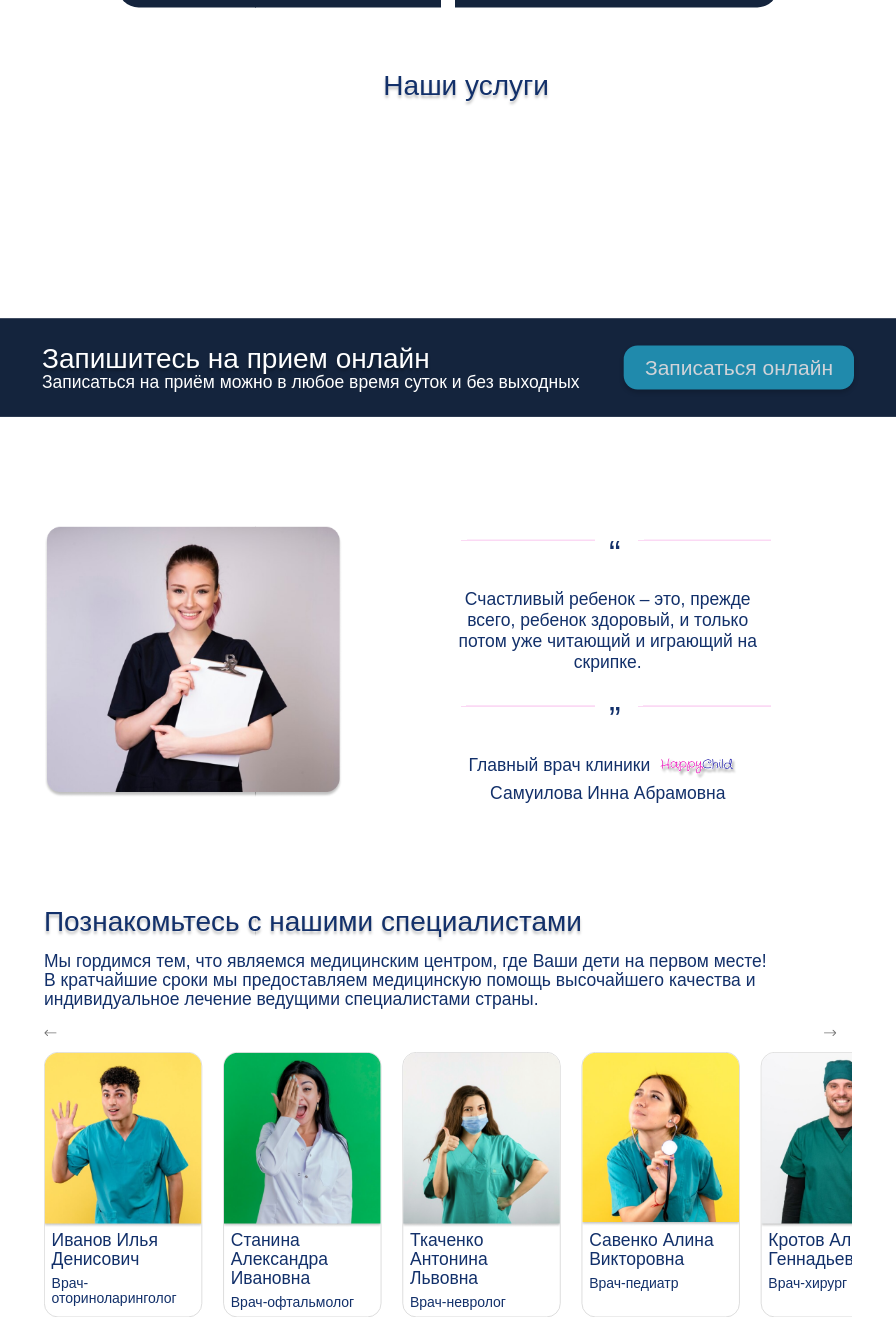
Repository: Normandy72/Landing-Page-Happy-Child
Page: index.html
These files come from the project's save history. The page is drawn as it stood at one moment and after the next save; the edit follows.
The browser window is 1280 px wide. The pictures show the part of the page from y = 1082 to 3002 px (the page is 6171 px tall before and 5967 px after), at 70% of full size.
The page's requests for data from a server got no answer. Some web fonts or font styles are not loaded; a fallback is used.

Above is the page before, as saved 2022-12-06 09:05:31.

After the next save:
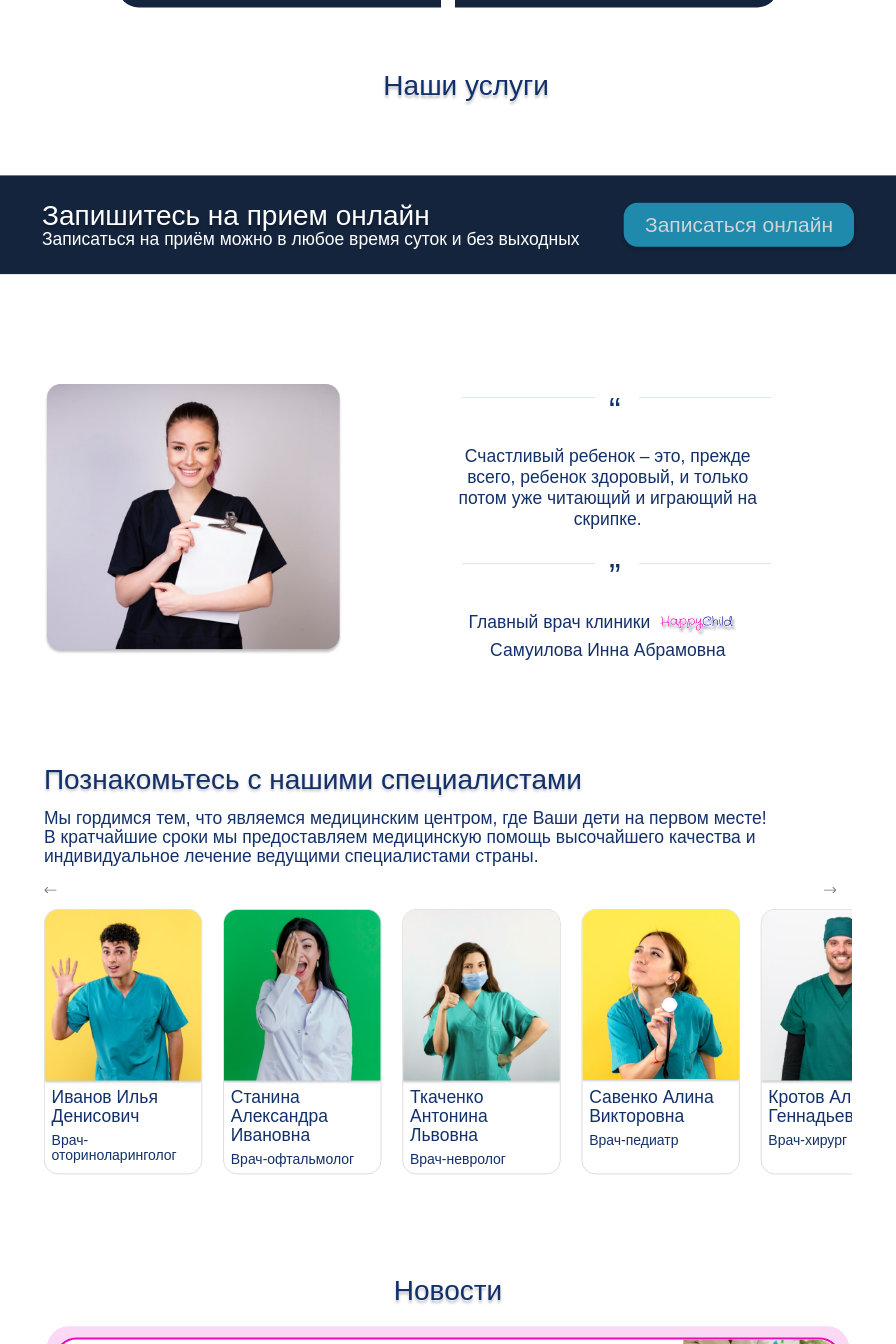
Saved 6 min 7 s later.
--- a/index.html
+++ b/index.html
@@ -81,56 +81,7 @@
                     </div> -->
                 </div>
 
-                <div class="services__cards layout-3-columns">
-                    <!-- <div class="services__card">
-                        <img src="resources/img/services/lor.png" alt="lor">
-                        <h4>Оториноларингология</h4>
-                    </div>
-
-                    <div class="services__card">
-                        <img src="resources/img/services/allergo.png" alt="allergo">
-                        <h4>Аллергология</h4>
-                    </div>
-
-                    <div class="services__card">
-                        <img src="resources/img/services/surgery.png" alt="surgery">
-                        <h4>Хирургия</h4>
-                    </div> -->
-                </div>
-
-                <div class="services__cards layout-3-columns">
-                    <!-- <div class="services__card">
-                        <img src="resources/img/services/neuro.png" alt="neuro">
-                        <h4>Неврология</h4>
-                    </div>
-
-                    <div class="services__card">
-                        <img src="resources/img/services/endocryn.png" alt="endocryn">
-                        <h4>Эндокринология</h4>
-                    </div>
-
-                    <div class="services__card">
-                        <img src="resources/img/services/ophtalm.png" alt="ophtalm">
-                        <h4>Офтальмология</h4>
-                    </div> -->
-                </div>
-
-                <div class="services__cards layout-3-columns">
-                    <!-- <div class="services__card">
-                        <img src="resources/img/services/vaccination.png" alt="vaccination">
-                        <h4>Вакцинация</h4>
-                    </div>
-
-                    <div class="services__card">
-                        <img src="resources/img/services/usd.png" alt="usd">
-                        <h4>УЗ-диагностика</h4>
-                    </div>
-
-                    <div class="services__card">
-                        <img src="resources/img/services/stayhome.png" alt="stayhome">
-                        <h4>Вызов врача на дом</h4>
-                    </div> -->
-                </div>
+
             </div>
         </section>
 
